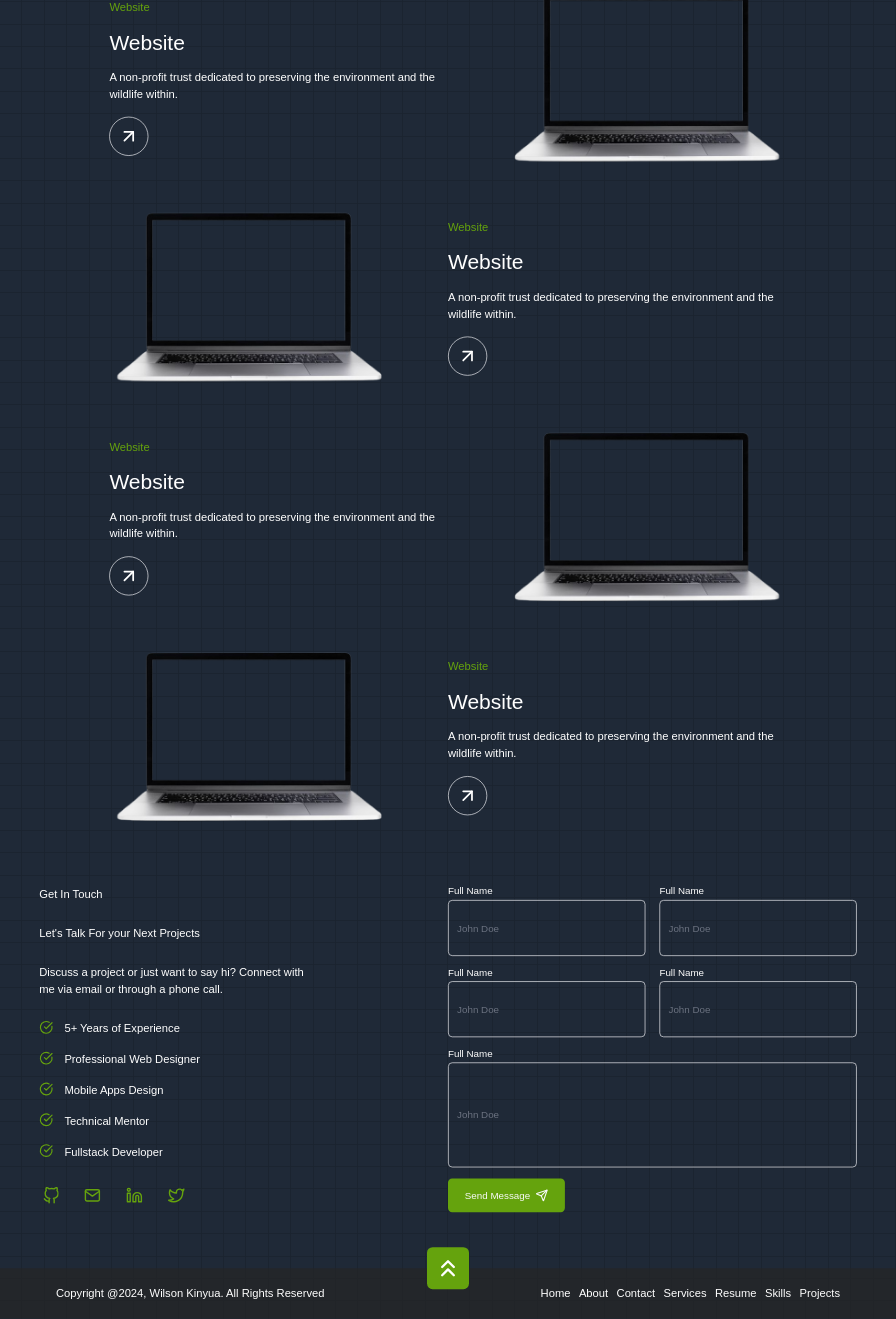
Repository: BrunelDev/portfolioV2
Page: /
These files come from the project's save history. The page is drawn as it stood at one moment and after the next save; the edit follows.
The browser window is 1280 px wide. The pictures show the part of the page from y = 3134 to 5054 px (the page is 5018 px tall before and 5054 px after), at 70% of full size.
The project was rebuilt for these pictures with package versions that can differ from the ones it lists, and the page was loaded fresh each time. The framework's server and built-in components were replaced by stand-ins that run in the browser. Also part of the build but not shown: next.config.ts.

Above is the page before, as saved 2024-12-09 16:33:19.

### app/layout.tsx
import type { Metadata } from "next";
import localFont from "next/font/local";
import "./globals.css";
import {BackgroundBeams} from "@/components/ui/background-beams"

const geistSans = localFont({
  src: "./fonts/GeistVF.woff",
  variable: "--font-geist-sans",
  weight: "100 900",
});
const geistMono = localFont({
  src: "./fonts/GeistMonoVF.woff",
  variable: "--font-geist-mono",
  weight: "100 900",
});

export const metadata: Metadata = {
  title: "Create Next App",
  description: "Generated by create next app",
};

export default function RootLayout({
  children,
}: Readonly<{
  children: React.ReactNode;
}>) {
  return (
    <html lang="en">
      <body
        className={`${geistSans.variable} ${geistMono.variable} antialiased bg-gray-800 selection:bg-lime-600 text-white dark:bg-grid-white/[0.2] bg-grid-black/[0.2]`}


      >
        <div className="z-50">
        {children}

</div>
      </body>
    </html>
  );
}

### app/components/footer.tsx
"use client"
import { ChevronsUp } from "lucide-react";
import Link from "next/link";

export function Footer() {
  const scrollToTop = (event: React.MouseEvent<HTMLAnchorElement>) => {
    event.preventDefault();
    const element = document.getElementById("top");
    if (element) {
      element.scrollIntoView({ behavior: "smooth" });
    }
  };
  return (
    <div className="flex px-20 py-6 justify-between items-center bg-[#252525af] relative">
      <h6>Copyright @2024, Wilson Kinyua. All Rights Reserved</h6>
      <Link
        href={"#top"}
        onClick={(e) => {
          scrollToTop(e);
        }}
      >
        <div className="bg-lime-600 rounded-lg w-[60px] h-[60px] flex justify-center items-center absolute top-0 -translate-y-1/2 left-1/2 -translate-x-1/2">
          <ChevronsUp size={40} />
        </div>
      </Link>

      <ul className="flex space-x-3">
        <li className="hover:text-lime-600 duration-300">
          <a href="#home">Home</a>
        </li>
        <li className="hover:text-lime-600 duration-300">
          <a href="#about">About</a>
        </li>
        <li className="hover:text-lime-600 duration-300">
          <a href="#contact">Contact</a>
        </li>
        <li className="hover:text-lime-600 duration-300">
          <a href="#services">Services</a>
        </li>
        <li className="hover:text-lime-600 duration-300">
          <a href="#blog">Resume</a>
        </li>
        <li className="hover:text-lime-600 duration-300">
          <a href="#login">Skills</a>
        </li>
        <li className="hover:text-lime-600 duration-300">
          <a href="#logout">Projects</a>
        </li>
      </ul>
    </div>
  );
}

### app/components/input.tsx
import { Input } from "@/components/ui/input";
import { Label } from "@/components/ui/label";

export function InputComponent({
  placeholder = "",
  label = "",
  handleChange,
  height = "",
}: {
  placeholder: string;
  label: string;
  handleChange: (value: string) => void;
  height: string;
}) {
  return (
    <div className="grid w-full items-center gap-1.5 ">
      <Label htmlFor="email">{label}</Label>
      <Input
        className={`h-full w-full ${height ? height : ""}`}
        type="email"
        id="email"
        placeholder={placeholder}
        onChange={(e) => {
          handleChange(e.target.value);
        }}
      />
    </div>
  );
}

### app/components/navbar.tsx
import {
  BriefcaseBusiness,
  Contact,
  FileText,
  House,
  Layers,
  PencilRuler,
  UserRoundSearch,
} from "lucide-react";
import { Button } from "@/components/ui/button"
export function Navbar() {
  return (
    <div className="w-[90%] m-auto flex justify-between my-6 z-50" id="top">
      <h6>
        <span className="text-lime-600">A</span>HOKPOSSI{" "}
        <span className="text-lime-600">B</span>runel
      </h6>
      <ul className="flex space-x-3 p-4 rounded-xl bg-gray-900">
        <li className="hover:text-lime-600 duration-300">
          <a href="#home">Home</a>
        </li>
        <li className="hover:text-lime-600 duration-300">
          <a href="#about">About</a>
        </li>
        <li className="hover:text-lime-600 duration-300">
          <a href="#contact">Contact</a>
        </li>
        <li className="hover:text-lime-600 duration-300">
          <a href="#services">Services</a>
        </li>
        <li className="hover:text-lime-600 duration-300">
          <a href="#blog">Resume</a>
        </li>
        <li className="hover:text-lime-600 duration-300">
          <a href="#login">Skills</a>
        </li>
        <li className="hover:text-lime-600 duration-300">
          <a href="#logout">Projects</a>
        </li>
      </ul>
      <Button variant="gooeyLeft" className=" bg-lime-600 rounded-md px-4 py-1 hover:bg-lime-900 hover:scale-105 duration-300 h-fit">
        Hire Me
      </Button>
    </div>
  );
}

export function FloatingNavBar() {
  return (
    <div className="w-[250px] md:w-1/3 fixed left-1/2 -translate-x-1/2 bottom-10 bg-[#4d4d4ea1] rounded-lg p-4 flex justify-around">
      <House />
      <UserRoundSearch />
      <Contact />
      <BriefcaseBusiness />
      <FileText />
      <PencilRuler />
      <Layers />
    </div>
  );
}

### app/components/serviceComponent.tsx
import { LucideIcon } from "lucide-react";

export function ServiceComponent({
  icon: Icon,
  title,
  description,
}: {
  icon: LucideIcon;
  title: string;
  description: string;
}) {
  return (
    <div className="flex flex-col space-y-4 p-4 w-[280px] h-[220px] justify-center items-center bg-[#3e3d3d98] rounded-md shadow-xl ">
      <Icon color="#65a30d"/>
      <h2 className="text-2xl font-bold">{title}</h2>
      <p className="text-center text-sm">{description}</p>
    </div>
  );
}

### app/components/skillCard.tsx
import Image from "next/image";

export function SkillCard({
  skill,
}: {
  skill: { image: string; title: string };
}) {
  return (
    <div className="#1E1E1E flex flex-col justify-center items-center w-[120px] h-[120px] space-y-5 bg-[#3e3d3d98]">
      <Image src={skill.image} alt={skill.title} width={40} height={50} />
      <h3>{skill.title}</h3>
    </div>
  );
}

### app/components/workSection.tsx
import { ArrowUpRight } from "lucide-react";
import Image from "next/image";

export function WorkSection({
  work,
  reversed,
}: {
  work: { image: string; category: string; title: string; description: string };
  reversed: boolean;
}) {
  return (
    <div
      className={`flex ${
        reversed ? "flex-row-reverse" : "flex-row"
      } justify-between w-full`}
    >
        <Image src={work.image} width={400} height={600} alt="blank PC" />
      <div className="w-1/2 flex flex-col space-y-5 self-center">
        <h6 className="text-lime-600">{work.category}</h6>
        <h1 className="text-3xl">{work.category}</h1>
              <h6>{work.description}</h6>
              <div className="h-14 w-14 flex justify-center items-center rounded-full border hover:animate-pulse duration-75">
        <ArrowUpRight size={30}/>

              </div>
      </div>
    </div>
  );
}

### components/ui/button.tsx
import * as React from "react";
import { Slot, Slottable } from "@radix-ui/react-slot";
import { cva, type VariantProps } from "class-variance-authority";
import { cn } from "@/lib/utils";

const buttonVariants = cva(
  "inline-flex items-center justify-center whitespace-nowrap rounded-md text-sm font-medium ring-offset-background transition-colors focus-visible:outline-none focus-visible:ring-2 focus-visible:ring-ring focus-visible:ring-offset-2 disabled:pointer-events-none disabled:opacity-50",
  {
    variants: {
      variant: {
        default: "bg-primary text-primary-foreground hover:bg-primary/90",
        destructive:
          "bg-destructive text-destructive-foreground hover:bg-destructive/90",
        outline:
          "border border-input bg-background hover:bg-accent hover:text-accent-foreground",
        secondary:
          "bg-secondary text-secondary-foreground hover:bg-secondary/80",
        ghost: "hover:bg-accent hover:text-accent-foreground",
        link: "text-primary underline-offset-4 hover:underline",
        expandIcon:
          "group relative text-primary-foreground bg-primary hover:bg-primary/90",
        ringHover:
          "bg-primary text-primary-foreground transition-all duration-300 hover:bg-primary/90 hover:ring-2 hover:ring-primary/90 hover:ring-offset-2",
        shine:
          "text-primary-foreground animate-shine bg-gradient-to-r from-primary via-primary/75 to-primary bg-[length:400%_100%] ",
        gooeyRight:
          "text-primary-foreground relative bg-primary z-0 overflow-hidden transition-all duration-500 before:absolute before:inset-0 before:-z-10 before:translate-x-[150%] before:translate-y-[150%] before:scale-[2.5] before:rounded-[100%] before:bg-gradient-to-r from-zinc-400 before:transition-transform before:duration-1000  hover:before:translate-x-[0%] hover:before:translate-y-[0%] ",
        gooeyLeft:
          "text-primary-foreground relative bg-primary z-0 overflow-hidden transition-all duration-500 after:absolute after:inset-0 after:-z-10 after:translate-x-[-150%] after:translate-y-[150%] after:scale-[2.5] after:rounded-[100%] after:bg-gradient-to-l from-zinc-400 after:transition-transform after:duration-1000  hover:after:translate-x-[0%] hover:after:translate-y-[0%] ",
        linkHover1:
          "relative after:absolute after:bg-primary after:bottom-2 after:h-[1px] after:w-2/3 after:origin-bottom-left after:scale-x-100 hover:after:origin-bottom-right hover:after:scale-x-0 after:transition-transform after:ease-in-out after:duration-300",
        linkHover2:
          "relative after:absolute after:bg-primary after:bottom-2 after:h-[1px] after:w-2/3 after:origin-bottom-right after:scale-x-0 hover:after:origin-bottom-left hover:after:scale-x-100 after:transition-transform after:ease-in-out after:duration-300",
      },
      size: {
        default: "h-10 px-4 py-2",
        sm: "h-9 rounded-md px-3",
        lg: "h-11 rounded-md px-8",
        icon: "h-10 w-10",
      },
    },
    defaultVariants: {
      variant: "default",
      size: "default",
    },
  }
);

interface IconProps {
  Icon: React.ElementType;
  iconPlacement: "left" | "right";
}

interface IconRefProps {
  Icon?: never;
  iconPlacement?: undefined;
}

export interface ButtonProps
  extends React.ButtonHTMLAttributes<HTMLButtonElement>,
    VariantProps<typeof buttonVariants> {
  asChild?: boolean;
}

export type ButtonIconProps = IconProps | IconRefProps;

const Button = React.forwardRef<
  HTMLButtonElement,
  ButtonProps & ButtonIconProps
>(
  (
    {
      className,
      variant,
      size,
      asChild = false,
      Icon,
      iconPlacement,
      ...props
    },
    ref
  ) => {
    const Comp = asChild ? Slot : "button";
    return (
      <Comp
        className={cn(buttonVariants({ variant, size, className }))}
        ref={ref}
        {...props}
      >
        {Icon && iconPlacement === "left" && (
          <div className="w-0 translate-x-[0%] pr-0 opacity-0 transition-all duration-200 group-hover:w-5 group-hover:translate-x-100 group-hover:pr-2 group-hover:opacity-100">
            <Icon />
          </div>
        )}
        <Slottable>{props.children}</Slottable>
        {Icon && iconPlacement === "right" && (
          <div className="w-0 translate-x-[100%] pl-0 opacity-0 transition-all duration-200 group-hover:w-5 group-hover:translate-x-0 group-hover:pl-2 group-hover:opacity-100">
            <Icon />
          </div>
        )}
      </Comp>
    );
  }
);
Button.displayName = "Button";

export { Button, buttonVariants };

### components/ui/input.tsx
import * as React from "react"

import { cn } from "@/lib/utils"

const Input = React.forwardRef<HTMLInputElement, React.ComponentProps<"input">>(
  ({ className, type, ...props }, ref) => {
    return (
      <input
        type={type}
        className={cn(
          "flex h-9 w-full rounded-md border border-input bg-transparent px-3 py-1 text-base shadow-sm transition-colors file:border-0 file:bg-transparent file:text-sm file:font-medium file:text-foreground placeholder:text-muted-foreground focus-visible:outline-none focus-visible:ring-1 focus-visible:ring-ring disabled:cursor-not-allowed disabled:opacity-50 md:text-sm",
          className
        )}
        ref={ref}
        {...props}
      />
    )
  }
)
Input.displayName = "Input"

export { Input }

### components/ui/label.tsx
"use client"

import * as React from "react"
import * as LabelPrimitive from "@radix-ui/react-label"
import { cva, type VariantProps } from "class-variance-authority"

import { cn } from "@/lib/utils"

const labelVariants = cva(
  "text-sm font-medium leading-none peer-disabled:cursor-not-allowed peer-disabled:opacity-70"
)

const Label = React.forwardRef<
  React.ElementRef<typeof LabelPrimitive.Root>,
  React.ComponentPropsWithoutRef<typeof LabelPrimitive.Root> &
    VariantProps<typeof labelVariants>
>(({ className, ...props }, ref) => (
  <LabelPrimitive.Root
    ref={ref}
    className={cn(labelVariants(), className)}
    {...props}
  />
))
Label.displayName = LabelPrimitive.Root.displayName

export { Label }

### tailwind.config.ts
import type { Config } from "tailwindcss";
const svgToDataUri = require("mini-svg-data-uri");

const {
  default: flattenColorPalette,
} = require("tailwindcss/lib/util/flattenColorPalette");

export default {
  darkMode: ["class"],
  content: [
    "./pages/**/*.{js,ts,jsx,tsx,mdx}",
    "./components/**/*.{js,ts,jsx,tsx,mdx}",
    "./app/**/*.{js,ts,jsx,tsx,mdx}",
  ],
  theme: {
    extend: {
      colors: {
        background: "hsl(var(--background))",
        foreground: "hsl(var(--foreground))",
        card: {
          DEFAULT: "hsl(var(--card))",
          foreground: "hsl(var(--card-foreground))",
        },
        popover: {
          DEFAULT: "hsl(var(--popover))",
          foreground: "hsl(var(--popover-foreground))",
        },
        primary: {
          DEFAULT: "hsl(var(--primary))",
          foreground: "hsl(var(--primary-foreground))",
        },
        secondary: {
          DEFAULT: "hsl(var(--secondary))",
          foreground: "hsl(var(--secondary-foreground))",
        },
        muted: {
          DEFAULT: "hsl(var(--muted))",
          foreground: "hsl(var(--muted-foreground))",
        },
        accent: {
          DEFAULT: "hsl(var(--accent))",
          foreground: "hsl(var(--accent-foreground))",
        },
        destructive: {
          DEFAULT: "hsl(var(--destructive))",
          foreground: "hsl(var(--destructive-foreground))",
        },
        border: "hsl(var(--border))",
        input: "hsl(var(--input))",
        ring: "hsl(var(--ring))",
        chart: {
          "1": "hsl(var(--chart-1))",
          "2": "hsl(var(--chart-2))",
          "3": "hsl(var(--chart-3))",
          "4": "hsl(var(--chart-4))",
          "5": "hsl(var(--chart-5))",
        },
      },
      borderRadius: {
        lg: "var(--radius)",
        md: "calc(var(--radius) - 2px)",
        sm: "calc(var(--radius) - 4px)",
      },
    },
  },
  plugins: [require("tailwindcss-animate"), addVariablesForColors, gridDot],
} satisfies Config;

function addVariablesForColors({ addBase, theme }: any) {
  const allColors = flattenColorPalette(theme("colors"));
  const newVars = Object.fromEntries(
    Object.entries(allColors).map(([key, val]) => [`--${key}`, val])
  );

  addBase({
    ":root": newVars,
  });
}



function gridDot({ matchUtilities, theme }: any) {
	matchUtilities(
	  {
		"bg-grid": (value: any) => ({
		  backgroundImage: `url("${svgToDataUri(
			`<svg xmlns="http://www.w3.org/2000/svg" viewBox="0 0 32 32" width="32" height="32" fill="none" stroke="${value}"><path d="M0 .5H31.5V32"/></svg>`
		  )}")`,
		}),
		"bg-grid-small": (value: any) => ({
		  backgroundImage: `url("${svgToDataUri(
			`<svg xmlns="http://www.w3.org/2000/svg" viewBox="0 0 32 32" width="8" height="8" fill="none" stroke="${value}"><path d="M0 .5H31.5V32"/></svg>`
		  )}")`,
		}),
		"bg-dot": (value: any) => ({
		  backgroundImage: `url("${svgToDataUri(
			`<svg xmlns="http://www.w3.org/2000/svg" viewBox="0 0 32 32" width="16" height="16" fill="none"><circle fill="${value}" id="pattern-circle" cx="10" cy="10" r="1.6257413380501518"></circle></svg>`
		  )}")`,
		}),
	  },
	  { values: flattenColorPalette(theme("backgroundColor")), type: "color" }
	);
  }

Loaded but not shown: app/globals.css (common file); lib/utils.ts (common file); app/page.tsx (344 lines, source omitted)

After the next save:
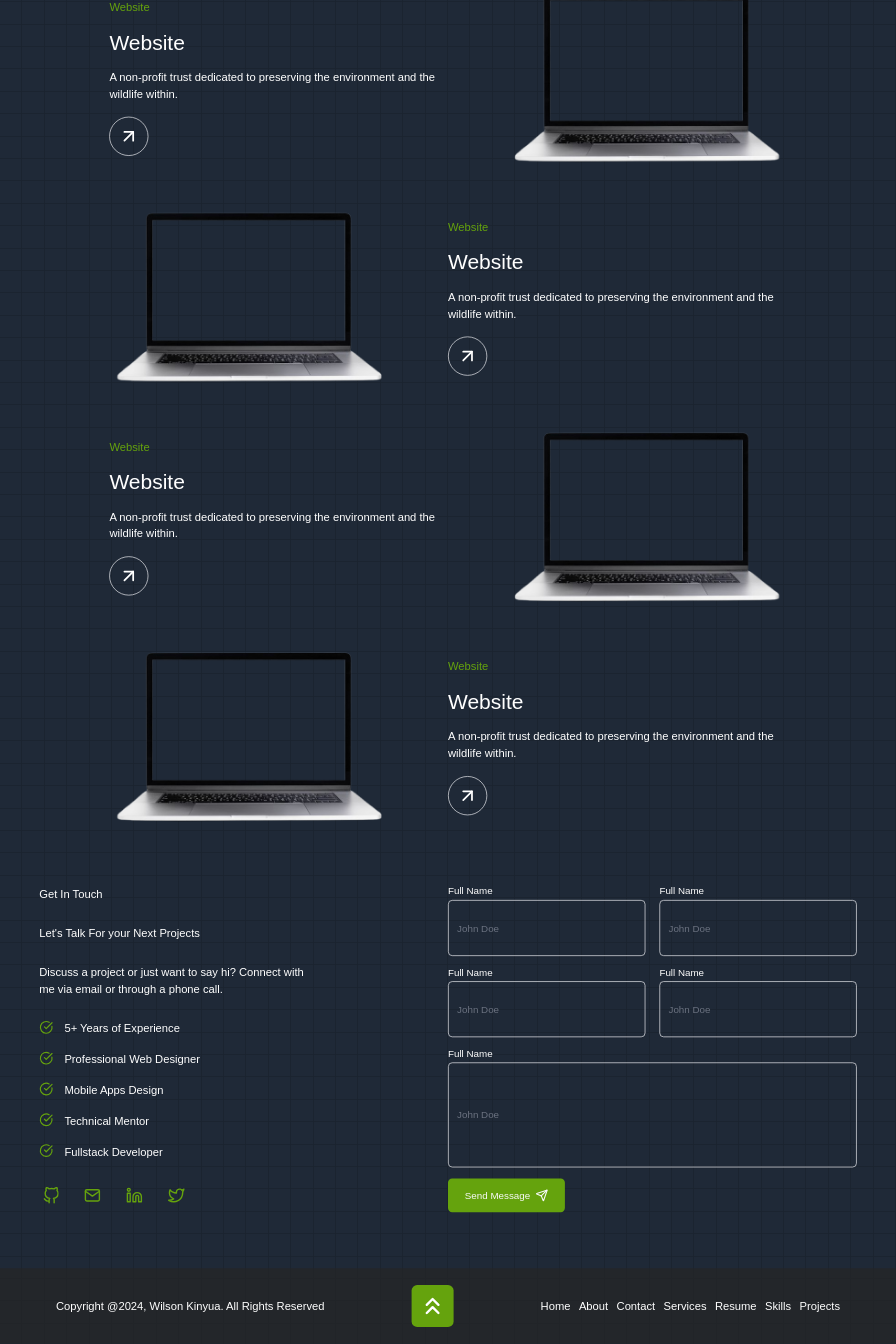
Saved 96 s later.
--- a/app/components/footer.tsx
+++ b/app/components/footer.tsx
@@ -11,20 +11,23 @@
     }
   };
   return (
-    <div className="flex px-20 py-6 justify-between items-center bg-[#252525af] relative">
-      <h6>Copyright @2024, Wilson Kinyua. All Rights Reserved</h6>
+    <div className="flex flex-col sm:flex-row px-4 sm:px-20 py-6 justify-between items-center bg-[#252525af] relative">
+      <h6 className="text-center sm:text-left mb-4 sm:mb-0">
+        Copyright @2024, Wilson Kinyua. All Rights Reserved
+      </h6>
       <Link
         href={"#top"}
         onClick={(e) => {
           scrollToTop(e);
         }}
+        className="mb-4 sm:mb-0"
       >
-        <div className="bg-lime-600 rounded-lg w-[60px] h-[60px] flex justify-center items-center absolute top-0 -translate-y-1/2 left-1/2 -translate-x-1/2">
+        <div className="bg-lime-600 rounded-lg w-[60px] h-[60px] flex justify-center items-center mx-auto sm:mx-0">
           <ChevronsUp size={40} />
         </div>
       </Link>
 
-      <ul className="flex space-x-3">
+      <ul className="flex flex-wrap justify-center sm:justify-start space-x-3">
         <li className="hover:text-lime-600 duration-300">
           <a href="#home">Home</a>
         </li>
